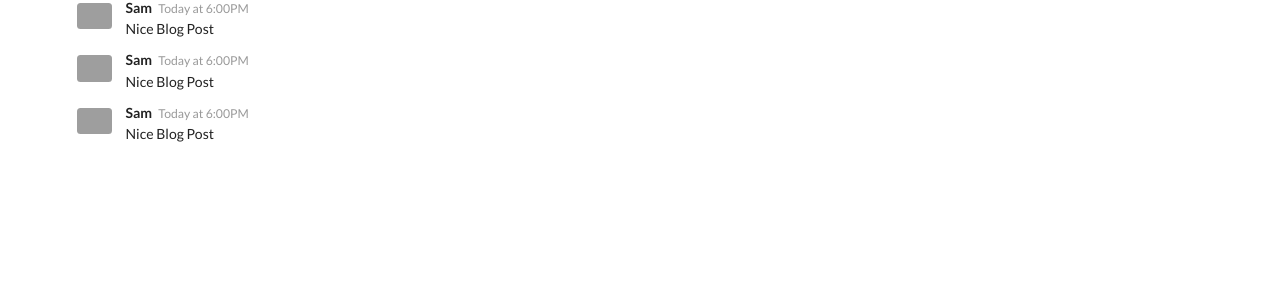
Repository: striver-69/Comments-App
Page: /
These files come from the project's save history. The page is drawn as it stood at one moment and after the next save; the edit follows.
The browser window is 1280 px wide. The pictures show the whole page.
Pictures or frames that could not be fetched are drawn as grey boxes. The project was rebuilt for these pictures with package versions that can differ from the ones it lists, and the page was loaded fresh each time.

Above is the page before, as saved 2021-03-02 03:48:44.

### src/index.js
import React from 'react'
import ReactDOM from 'react-dom'
import faker from 'faker'

const App=()=>{
  return (
    <div className="ui container comments">
      <div className="comment">
        <a href="/" className="avatar">
        <img alt="avatar" src={faker.image.image()} />
        </a>
        <div className="content">
          <a href="/" className="author">
            Sam
          </a>
          <div className="metadata">
            <span className="date">Today at 6:00PM</span>
          </div>
          <div className="text">
            Nice Blog Post
          </div>
        </div>
      </div>
      <div className="comment">
        <a href="/" className="avatar">
        <img alt="avatar" src={faker.image.image()} />
        </a>
        <div className="content">
          <a href="/" className="author">
            Sam
          </a>
          <div className="metadata">
            <span className="date">Today at 6:00PM</span>
          </div>
          <div className="text">
            Nice Blog Post
          </div>
        </div>
      </div>
      <div className="comment">
        <a href="/" className="avatar">
        <img alt="avatar" src={faker.image.image()} />
        </a>
        <div className="content">
          <a href="/" className="author">
            Sam
          </a>
          <div className="metadata">
            <span className="date">Today at 6:00PM</span>
          </div>
          <div className="text">
            Nice Blog Post
          </div>
        </div>
      </div>
    </div>
  )
}

ReactDOM.render(<App/>,document.querySelector('#root'))

### src/CommentDetail.js
import React from 'react'

export default function CommentDetail() {
  return (
    <div className="comment">
        <a href="/" className="avatar">
        <img alt="avatar" src={faker.image.image()} />
        </a>
        <div className="content">
          <a href="/" className="author">
            Sam
          </a>
          <div className="metadata">
            <span className="date">Today at 6:00PM</span>
          </div>
          <div className="text">
            Nice Blog Post
          </div>
        </div>
      </div>
  )
}

Loaded but not shown: public/index.html (common file)

After the next save:
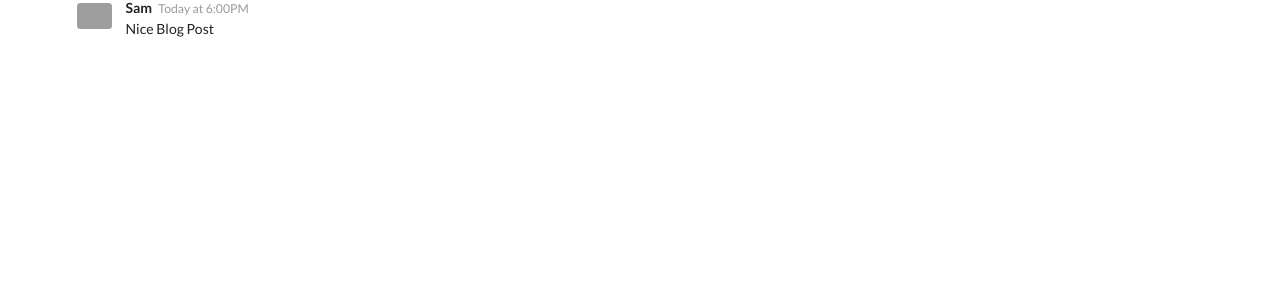
Saved 14 s later.
--- a/src/index.js
+++ b/src/index.js
@@ -21,38 +21,6 @@
           </div>
         </div>
       </div>
-      <div className="comment">
-        <a href="/" className="avatar">
-        <img alt="avatar" src={faker.image.image()} />
-        </a>
-        <div className="content">
-          <a href="/" className="author">
-            Sam
-          </a>
-          <div className="metadata">
-            <span className="date">Today at 6:00PM</span>
-          </div>
-          <div className="text">
-            Nice Blog Post
-          </div>
-        </div>
-      </div>
-      <div className="comment">
-        <a href="/" className="avatar">
-        <img alt="avatar" src={faker.image.image()} />
-        </a>
-        <div className="content">
-          <a href="/" className="author">
-            Sam
-          </a>
-          <div className="metadata">
-            <span className="date">Today at 6:00PM</span>
-          </div>
-          <div className="text">
-            Nice Blog Post
-          </div>
-        </div>
-      </div>
     </div>
   )
 }

After the 4 saves that followed:
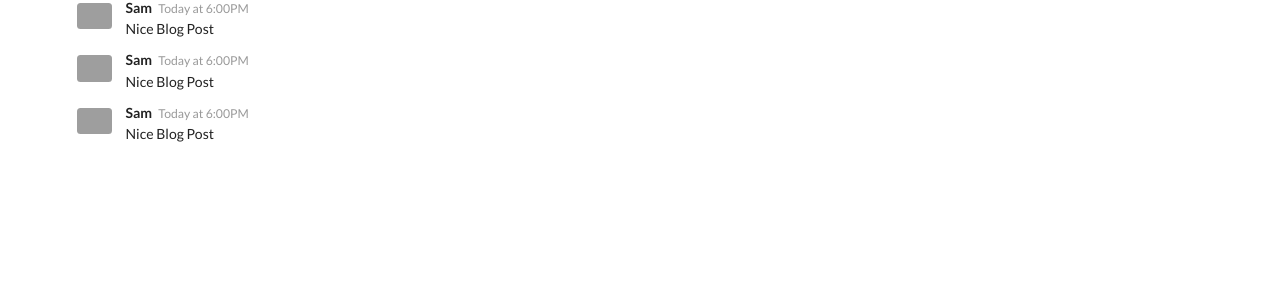
The 4 saves are shown as one change because 3 left the picture as it was.
The last was saved 4 min 21 s later.
--- a/src/index.js
+++ b/src/index.js
@@ -1,26 +1,14 @@
 import React from 'react'
 import ReactDOM from 'react-dom'
 import faker from 'faker'
+import CommentDetail from './CommentDetail'
 
 const App=()=>{
   return (
     <div className="ui container comments">
-      <div className="comment">
-        <a href="/" className="avatar">
-        <img alt="avatar" src={faker.image.image()} />
-        </a>
-        <div className="content">
-          <a href="/" className="author">
-            Sam
-          </a>
-          <div className="metadata">
-            <span className="date">Today at 6:00PM</span>
-          </div>
-          <div className="text">
-            Nice Blog Post
-          </div>
-        </div>
-      </div>
+      <CommentDetail/>
+      <CommentDetail/>
+      <CommentDetail/>
     </div>
   )
 }
--- a/src/CommentDetail.js
+++ b/src/CommentDetail.js
@@ -1,4 +1,5 @@
 import React from 'react'
+import faker from 'faker'
 
 export default function CommentDetail() {
   return (
